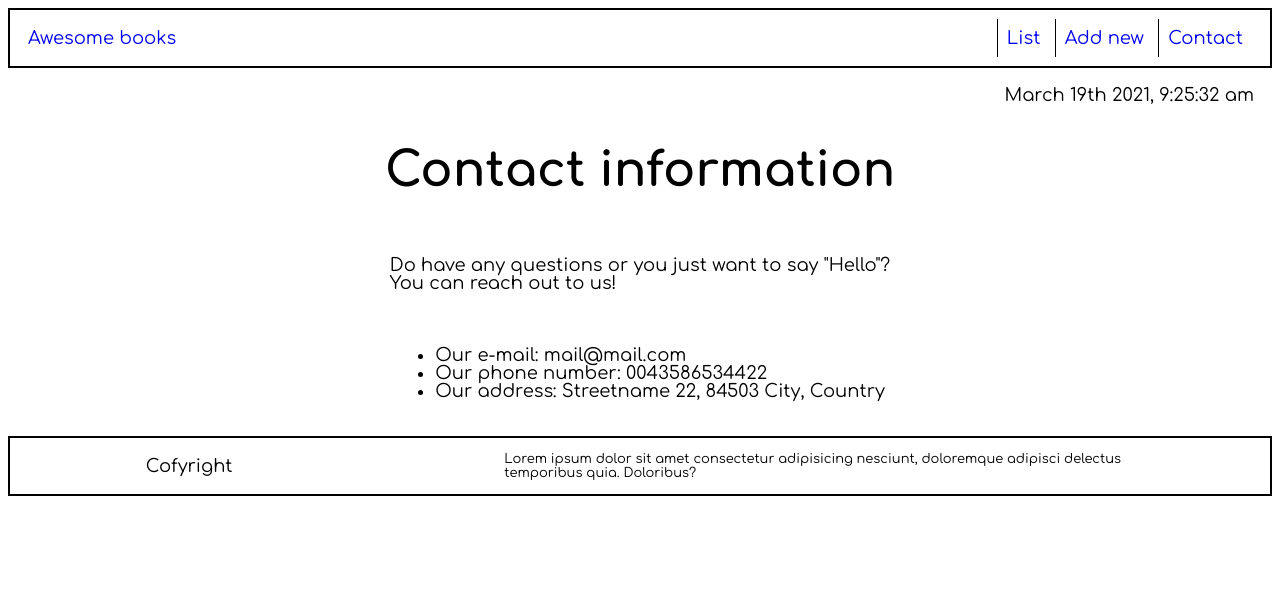
Repository: Salimer/Awesome-books
Page: index.html
The author's editor kept a copy of each file at every save. The page is drawn from the files as they stood at one save, then again after the next save.
The browser window is 1280 px wide. The pictures show the whole page.
The style sheet was rebuilt from its Sass, Less or Tailwind sources for each picture, by a compiler version that may differ from the author's.

Above is the page before, as saved 2023-04-26 11:29:46.

After the next save:
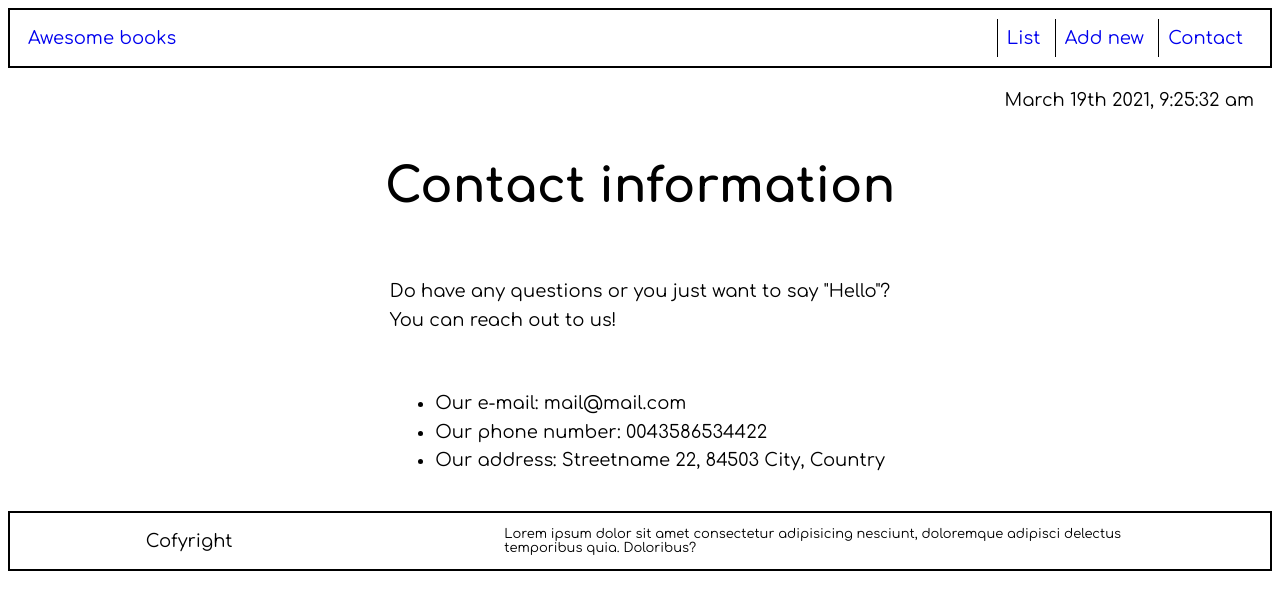
Saved 62 s later.
--- a/style.scss
+++ b/style.scss
@@ -104,7 +104,7 @@ h1 {
   display: flex;
   flex-direction: column;
   align-items: center;
-  line-height: 1rem;
+  line-height: 1.6rem;
 
   #time {
     padding: 1rem;
